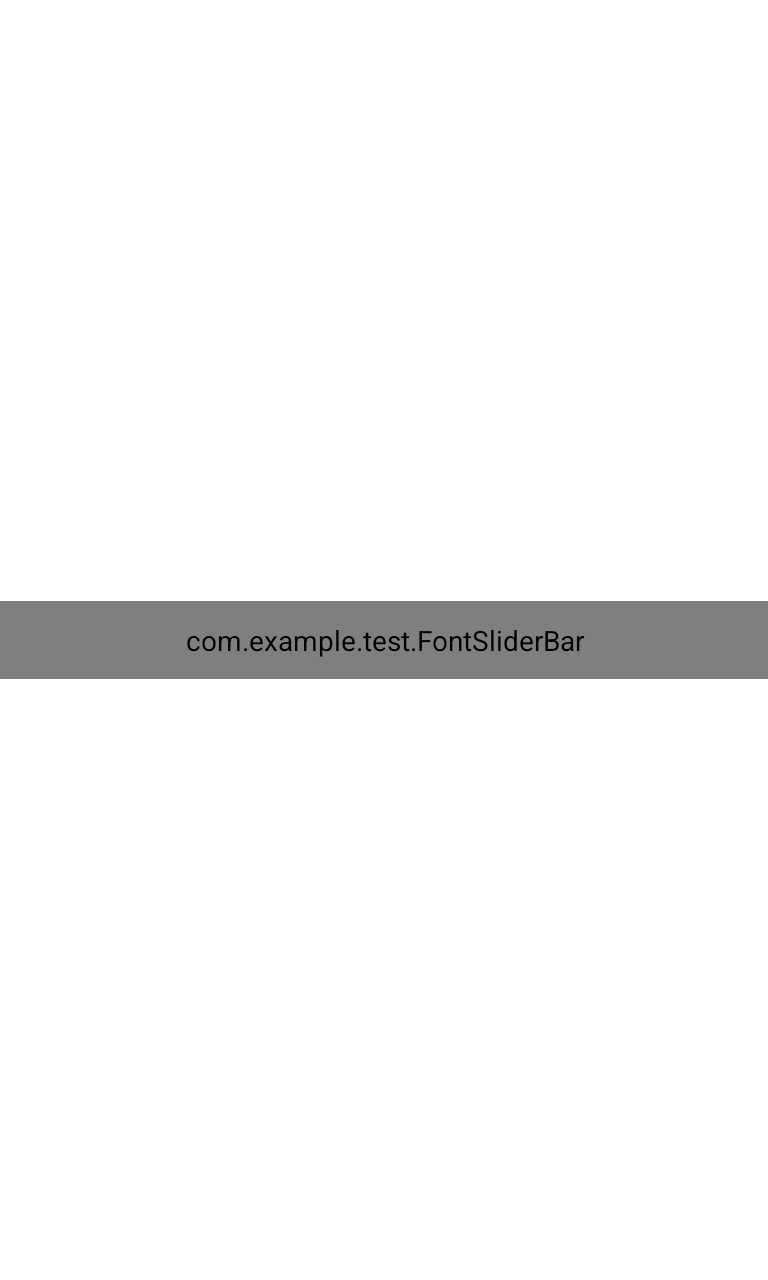
Repository: MichaelChansn/HostAndSlave
Layout: Test/res/layout/activity_main.xml
The author's editor kept a copy of each file at every save. The layout is drawn from the files as they stood at one save, then again after the next save.
Pictures or frames that could not be fetched are drawn as grey boxes. It is drawn on a 768 x 1280 px phone screen (xhdpi) without system bars, with theme AppTheme; the app's code is not run.

Above is the layout before, as saved 2016-08-22 15:08:25.

After the next save:
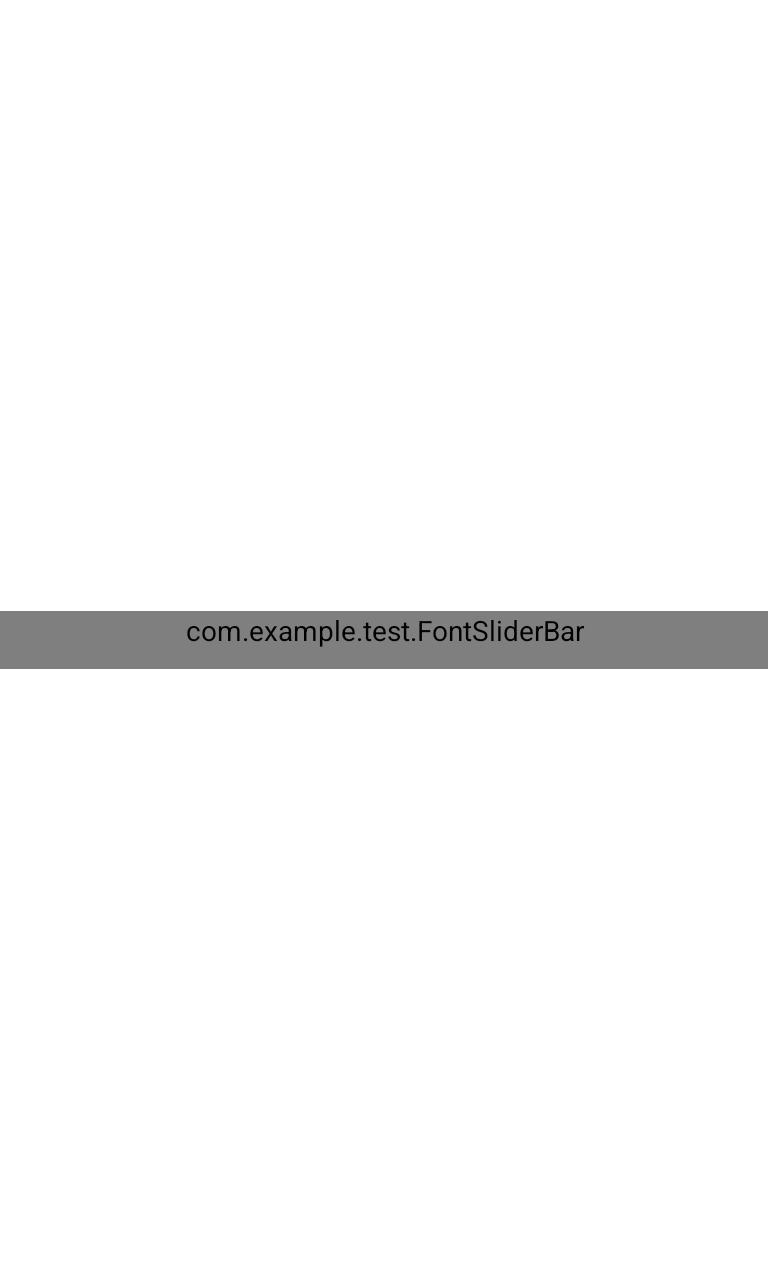
Saved 114 s later.
--- a/Test/res/layout/activity_main.xml
+++ b/Test/res/layout/activity_main.xml
@@ -21,7 +21,6 @@
         android:layout_height="wrap_content"
         android:paddingLeft="10dp"
         android:paddingRight="10dp"
-        android:paddingTop="10dp"
         android:paddingBottom="10dp"
 
         />

After the save that followed:
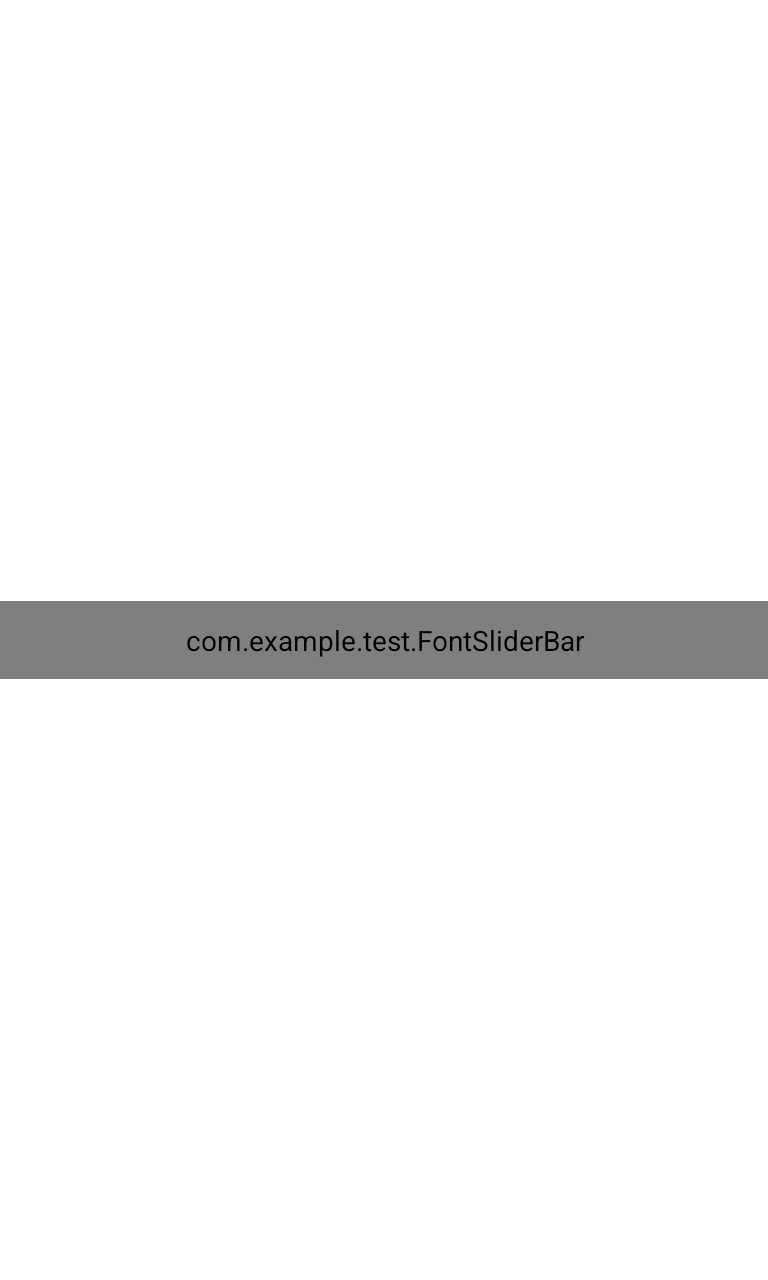
Saved 17 s later.
--- a/Test/res/layout/activity_main.xml
+++ b/Test/res/layout/activity_main.xml
@@ -21,6 +21,7 @@
         android:layout_height="wrap_content"
         android:paddingLeft="10dp"
         android:paddingRight="10dp"
+        android:paddingTop="10dp"
         android:paddingBottom="10dp"
 
         />
